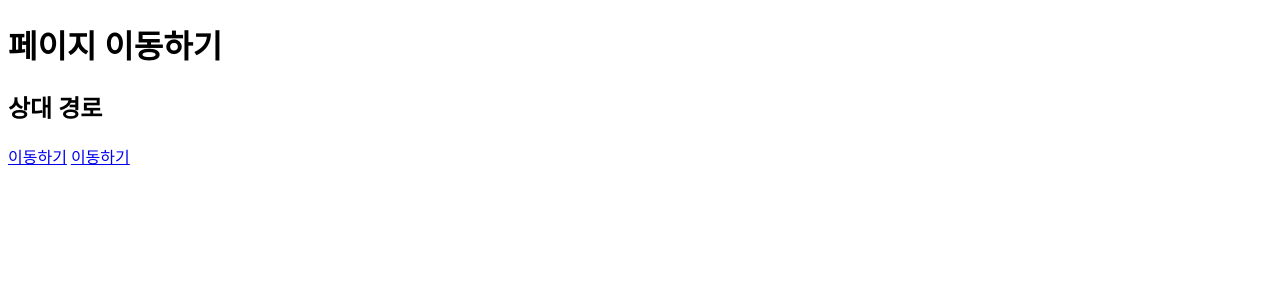
Repository: heoSuKyeong/client_Ssanyong
Page: ClientTest/src/main/webapp/html/ex12_url.html
These files come from the project's save history. The page is drawn as it stood at one moment and after the next save; the edit follows.
The browser window is 1280 px wide. The pictures show the whole page.

Above is the page before, as saved 2023-09-20 06:18:16.

After the next save:
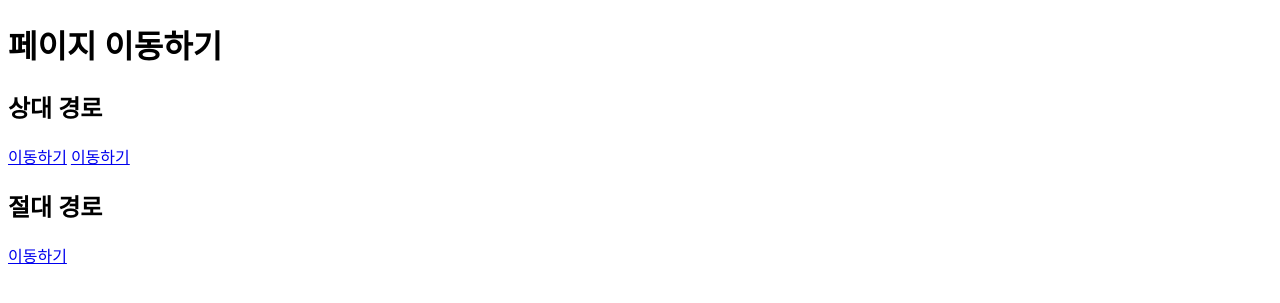
Saved 3 min 1 s later.
--- a/ClientTest/src/main/webapp/html/ex12_url.html
+++ b/ClientTest/src/main/webapp/html/ex12_url.html
@@ -12,6 +12,11 @@
 	<a href="./ex11_link.html">이동하기</a>
 	<a href="ex11_link.html">이동하기</a>
 
+
+	<h2>절대 경로</h2>
+	<a href="/client/html/ex11_link.html">이동하기</a>
+
+
 </body>
 </html>
 
